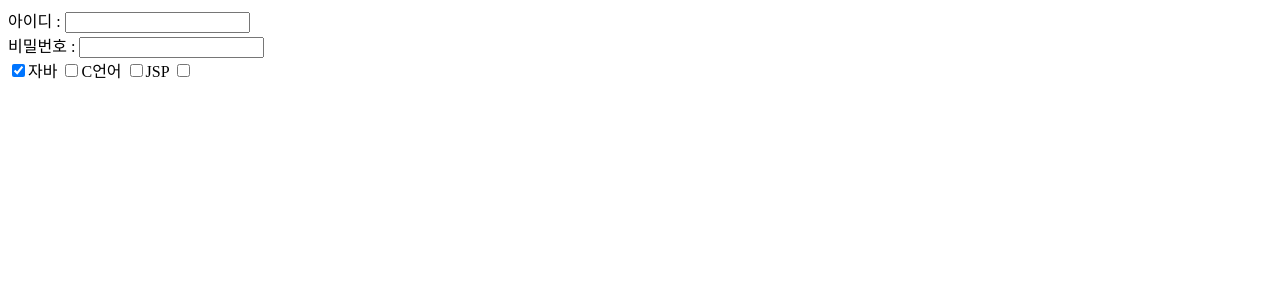
Repository: yesaroun/Web-Shop
Page: pro06/WebContent/input.html
These files come from the project's save history. The page is drawn as it stood at one moment and after the next save; the edit follows.
The browser window is 1280 px wide. The pictures show the whole page.

Above is the page before, as saved 2022-04-30 14:44:50.

After the next save:
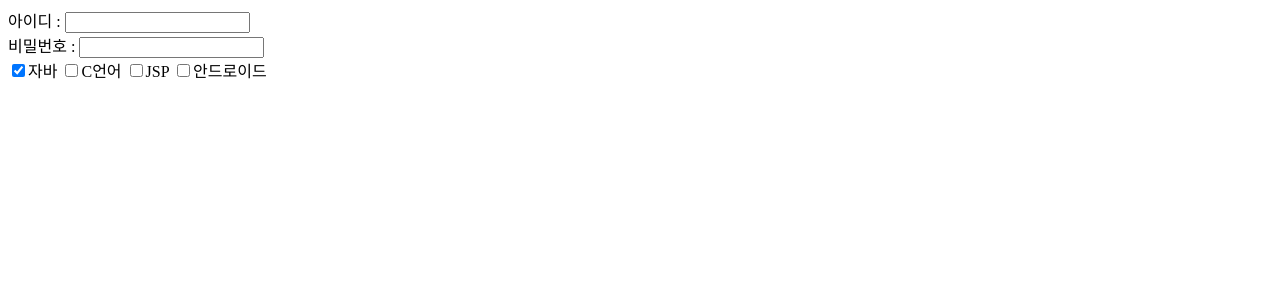
Saved 11 s later.
--- a/pro06/WebContent/input.html
+++ b/pro06/WebContent/input.html
@@ -11,7 +11,7 @@
 		<input type="checkbox" name="subject" value="java"  checked="checked"/>자바
 		<input type="checkbox" name="subject" value="C언어"/>C언어
 		<input type="checkbox" name="subject" value="JSP"/>JSP
-		<input type="checkbox" />
+		<input type="checkbox" name="subject" value="안드로이드"/>안드로이드
 	</form>
 </body>
 </html>
